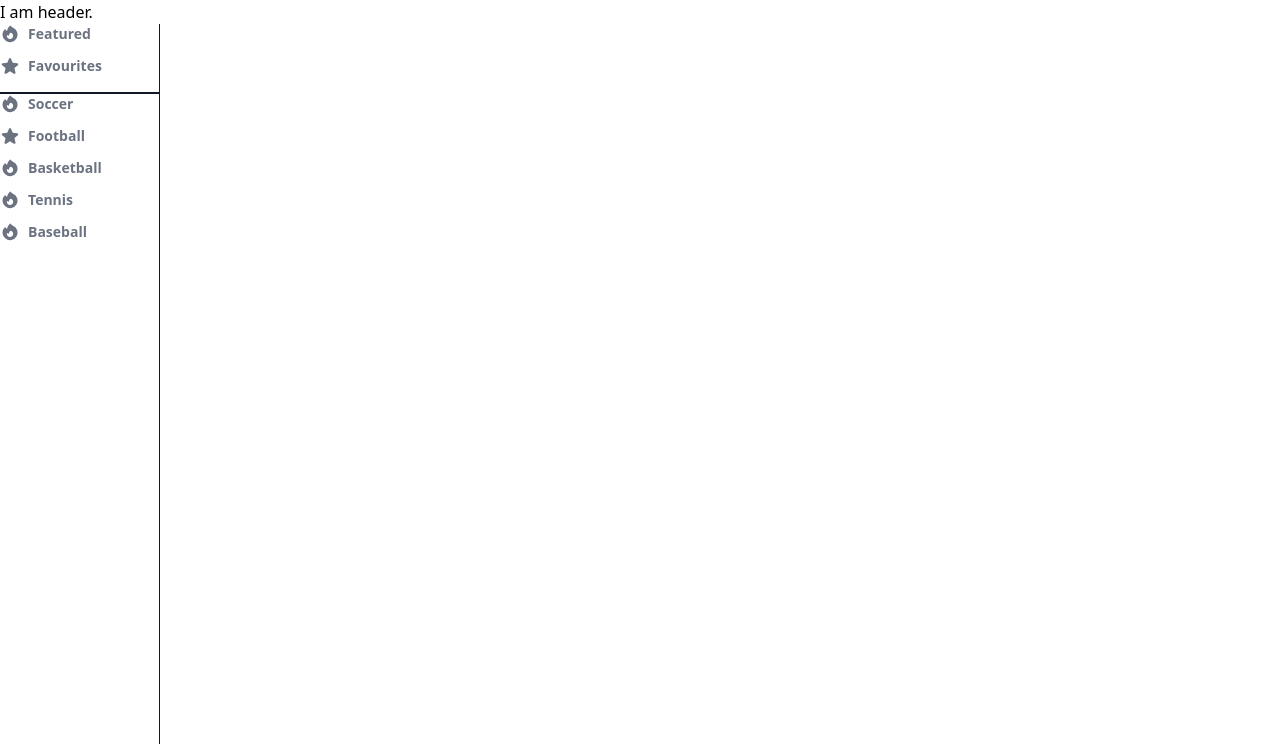
Repository: thekingisherenow/Betterbook
Page: /
The author's editor kept a copy of each file at every save. The page is drawn from the files as they stood at one save, then again after the next save.
The browser window is 1280 px wide. The pictures show the whole page.
The project was rebuilt for these pictures with package versions that can differ from the ones it lists, and the page was loaded fresh each time. The framework's server and built-in components were replaced by stand-ins that run in the browser. Also part of the build but not shown: next.config.js.

Above is the page before, as saved 2023-01-16 21:10:37.

### src/pages/_app.tsx
import type { AppProps } from 'next/app'
import { Provider } from 'react-redux'
import store from '../core/store'
import '../core/styles/root.css'

const App = (props: AppProps) => {
  const { Component, pageProps } = props
  return (
    <Provider store={store}>
      <Component {...pageProps} />
    </Provider>
  )
}

export default App

### src/pages/index.tsx
import type { NextPage } from 'next'
import { useEffect, useState } from 'react'
import API from '../core/services'
import { Game } from '../types/game'
import Sidebar from '../components/Typography/Sidebar'
import Header from '../components/Typography/Header'

const IndexPage: NextPage = () => {
  const [games, setGames] = useState<Game[]>([])

  useEffect(() => {
    API.games.fetchGames().then(setGames)
  }, [])

  return <div>
        <main className=''>

          {/* Header  */}
          <Header />
            {/* Sidebar */}
            <Sidebar/>
            {/* Center  */}

        </main>
  </div>
}

export default IndexPage

### src/core/store/index.ts
import { configureStore } from '@reduxjs/toolkit'
import { counterReducer } from './slices/counterSlice'

const store = configureStore({
  reducer: {
    counter: counterReducer,
  },
})

export default store

### src/core/services/index.ts
import * as gamesServices from './games'

const API = {
  games: gamesServices,
}

export default API

### src/components/Typography/Sidebar.tsx
import React from 'react'
import { FireIcon, StarIcon } from '@heroicons/react/24/solid'

function Sidebar() {
    return (
        <div className='text-gray-500  text-sm border-r h-screen w-40 border-gray-900'>
            <div>
                <div className='flex flex-col space-y-3 font-semibold mb-4'>
                    <button className='flex items-center space-x-2 hover:text-blue-600'>
                        <FireIcon className='w-5 h-5' />
                        <p>Featured</p>
                    </button>
                    <button className='flex items-center space-x-2 hover:text-blue-600'>
                        <StarIcon className='w-5 h-5' />
                        <p>Favourites</p>
                    </button>
                </div>
                    <hr className='border-t-2 border-gray-900' />

                <div className='flex flex-col space-y-3 font-semibold mb-4'>
                    <button className='flex items-center space-x-2 hover:text-blue-600'>
                        <FireIcon className='w-5 h-5' />
                        <p>Soccer</p>
                    </button>
                    <button className='flex items-center space-x-2 hover:text-blue-600'>
                        <StarIcon className='w-5 h-5' />
                        <p>Football</p>
                    </button>
                    <button className='flex items-center space-x-2 hover:text-blue-600'>
                        <FireIcon className='w-5 h-5' />
                        <p>Basketball</p>
                    </button>
                    <button className='flex items-center space-x-2 hover:text-blue-600'>
                        <FireIcon className='w-5 h-5' />
                        <p>Tennis</p>
                    </button>
                    <button className='flex items-center space-x-2 hover:text-blue-600'>
                        <FireIcon className='w-5 h-5' />
                        <p>Baseball</p>
                    </button>
                </div>
            </div>
        </div>
    )
}

export default Sidebar

### src/components/Typography/Header.tsx
import React from 'react'

function Header() {
  return (
    <div>
      I am header.
    </div>
  )
}

export default Header

### src/core/store/slices/counterSlice.ts
import { createSlice } from '@reduxjs/toolkit'

export const counterSlice = createSlice({
  name: 'counter',
  initialState: {
    count: 0,
  },
  reducers: {
    setCount(state, { payload }) {
      state.count = payload
    },
  },
})

export const counterReducer = counterSlice.reducer

### src/core/services/games.ts
import { Game } from '../../types/game'

export const fetchGames = (): Promise<Game[]> => {
  return Promise.resolve([
    {
      id: '1',
      name: 'Spain vs Argentina',
    },
  ])
}

### tailwind.config.js
/** @type {import('tailwindcss').Config} */
module.exports = {
  content: [
    './src/pages/**/*.{js,ts,jsx,tsx}',
    './src/components/**/*.{js,ts,jsx,tsx}',
    './src/modules/**/*.{js,ts,jsx,tsx}',
  ],
  theme: {
    extend: {},
  },
  plugins: [],
}

Loaded but not shown: src/core/styles/root.css (common file)

After the next save:
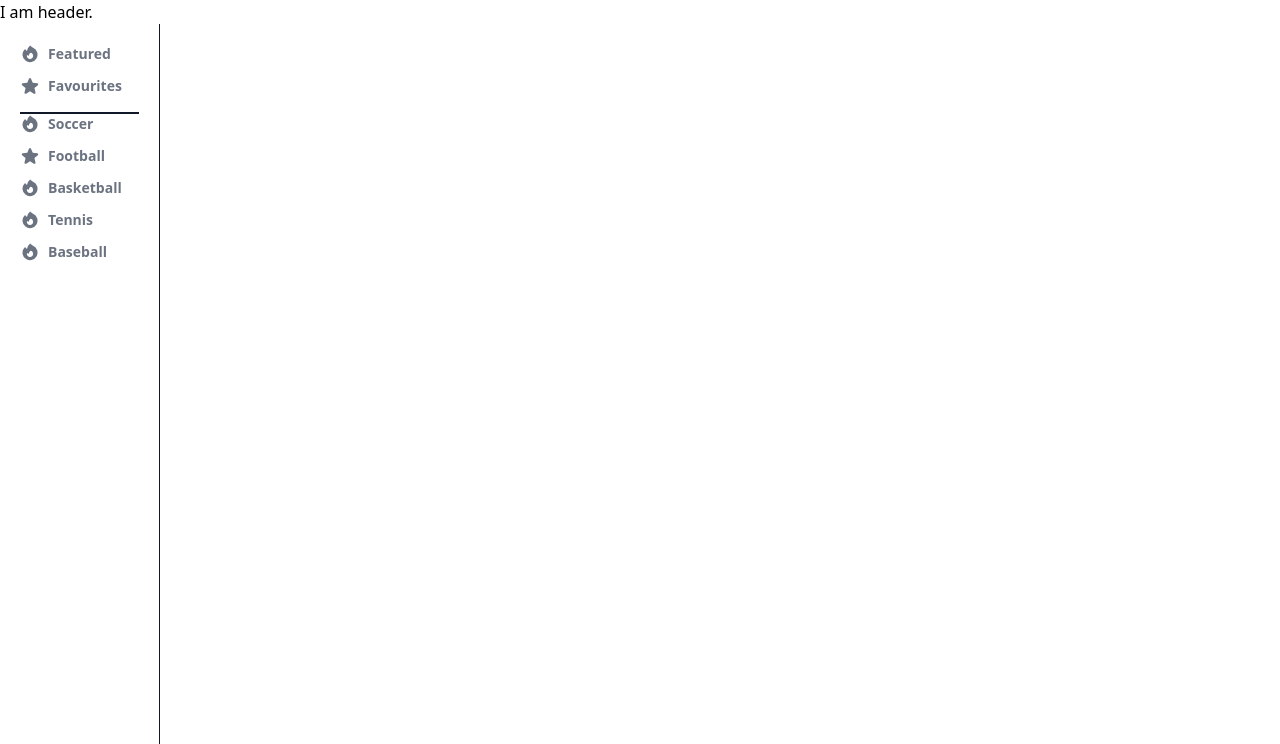
Saved 4 s later.
--- a/src/components/Typography/Sidebar.tsx
+++ b/src/components/Typography/Sidebar.tsx
@@ -3,7 +3,7 @@ import { FireIcon, StarIcon } from '@heroicons/react/24/solid'
 
 function Sidebar() {
     return (
-        <div className='text-gray-500  text-sm border-r h-screen w-40 border-gray-900'>
+        <div className='text-gray-500 p-5 text-sm border-r h-screen w-40 border-gray-900'>
             <div>
                 <div className='flex flex-col space-y-3 font-semibold mb-4'>
                     <button className='flex items-center space-x-2 hover:text-blue-600'>
